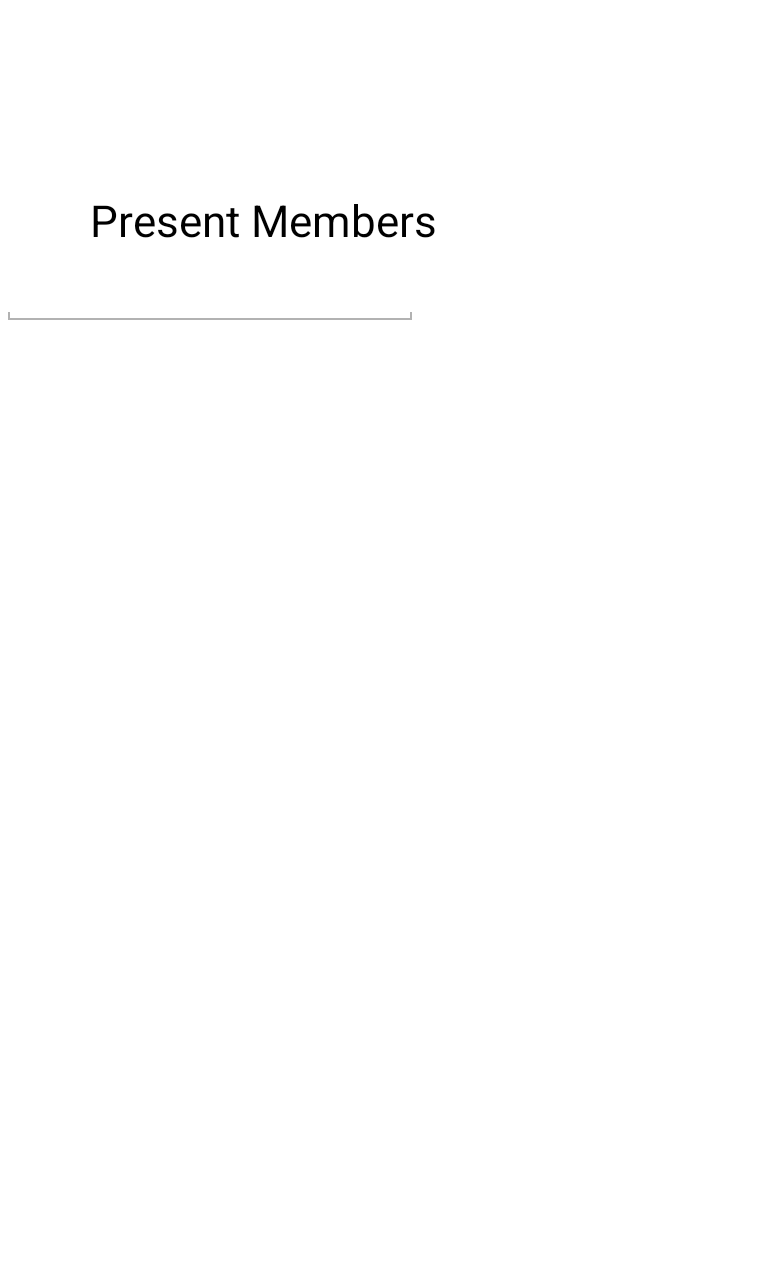
Repository: MarcoRieger/sw14_free_04_new
Layout: RWDMember/res/layout/fragment_statistic.xml
An editor plug-in stored every save of this project. The layout is shown before and after the next save, followed by the edit.
It is drawn on a 768 x 1280 px phone screen (xhdpi) without system bars, with theme AppTheme; the app's code is not run.

Above is the layout before, as saved 2014-06-17 13:05:16.

### RWDMember/res/layout/fragment_statistic.xml
<?xml version="1.0" encoding="utf-8"?>
<LinearLayout xmlns:android="http://schemas.android.com/apk/res/android"
    android:layout_width="match_parent"
    android:layout_height="match_parent"
    android:orientation="vertical" >

    <TextView
        android:id="@+id/textView1"
        android:layout_width="wrap_content"
        android:layout_height="wrap_content"
        android:layout_marginTop="95dp"
        android:layout_marginLeft="45"
        android:text="Present Members"
        android:textAppearance="?android:attr/textAppearanceLarge" />

    <EditText
        android:id="@+id/presentMembers"
        android:layout_width="wrap_content"
        android:layout_height="wrap_content"
        android:layout_marginBottom="17dp"
        android:clickable="false"
        android:cursorVisible="false"

        android:ems="10"
        android:focusable="false"
        android:focusableInTouchMode="false"
        android:inputType="number" >

        <requestFocus />
    </EditText>

</LinearLayout>

Loaded but not shown: RWDMember/res/values/styles.xml (common file); RWDMember/res/values-v11/styles.xml (common file); RWDMember/res/values-v14/styles.xml (common file)

After the next save:
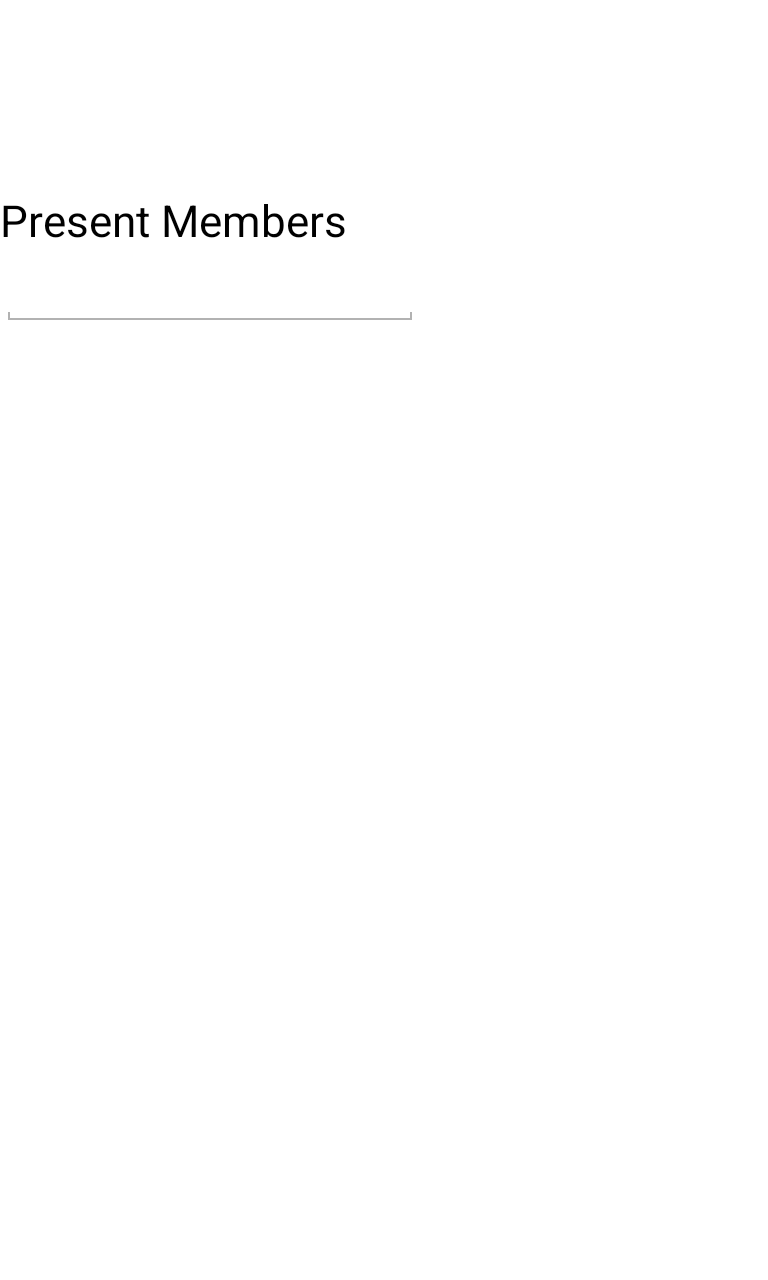
Saved 25 s later.
--- a/RWDMember/res/layout/fragment_statistic.xml
+++ b/RWDMember/res/layout/fragment_statistic.xml
@@ -9,7 +9,6 @@
         android:layout_width="wrap_content"
         android:layout_height="wrap_content"
         android:layout_marginTop="95dp"
-        android:layout_marginLeft="45"
         android:text="Present Members"
         android:textAppearance="?android:attr/textAppearanceLarge" />
 
